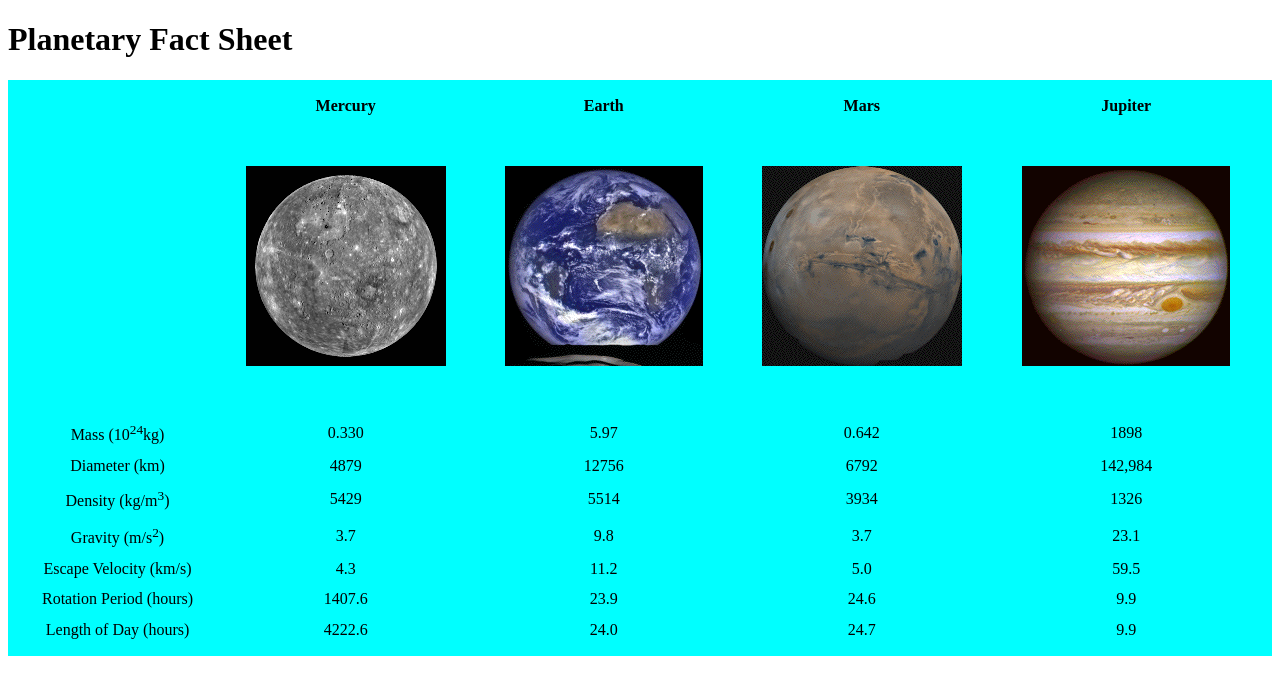
Repository: rishondass/ITMD361-Lab5
Page: index.html
These files come from the project's save history. The page is drawn as it stood at one moment and after the next save; the edit follows.
The browser window is 1280 px wide. The pictures show the whole page.

Above is the page before, as saved 2023-02-22 19:00:39.

After the next save:
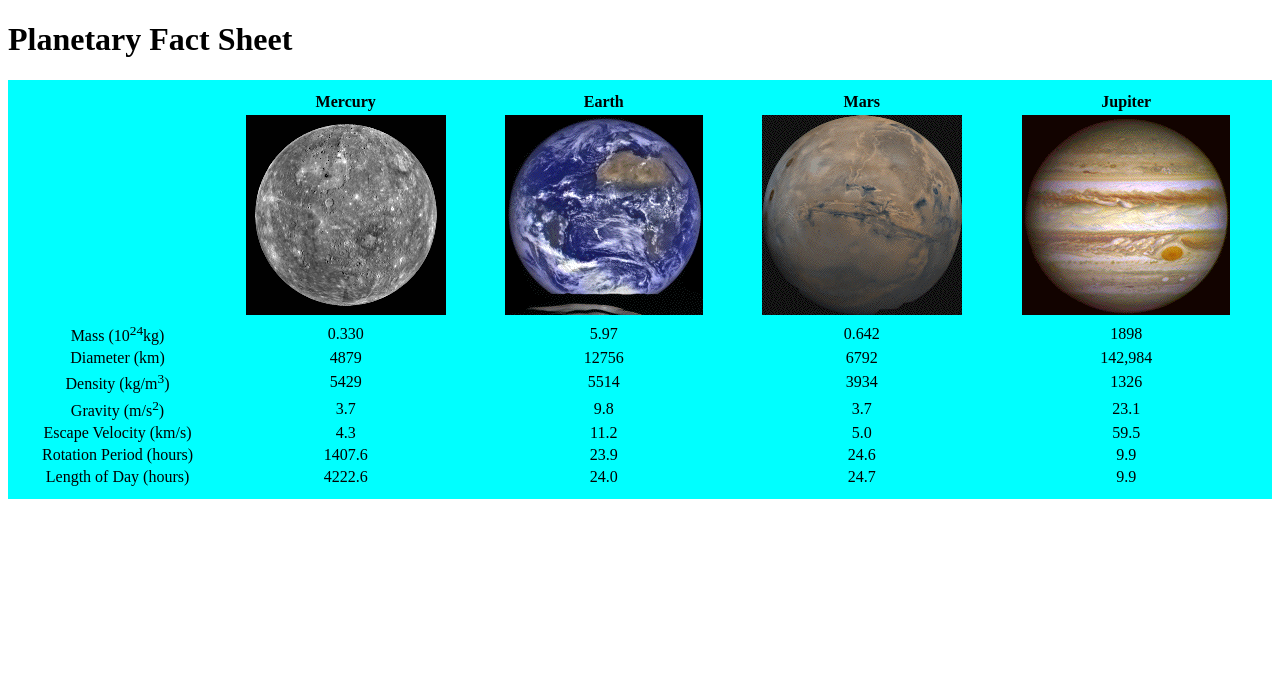
Saved 27 s later.
--- a/css/style.css
+++ b/css/style.css
@@ -4,5 +4,5 @@
   background-color: aqua;
   width: 100%;
   text-align: center;
-  height: 80vh;
+  height: 80%;
 }

After the 3 saves that followed:
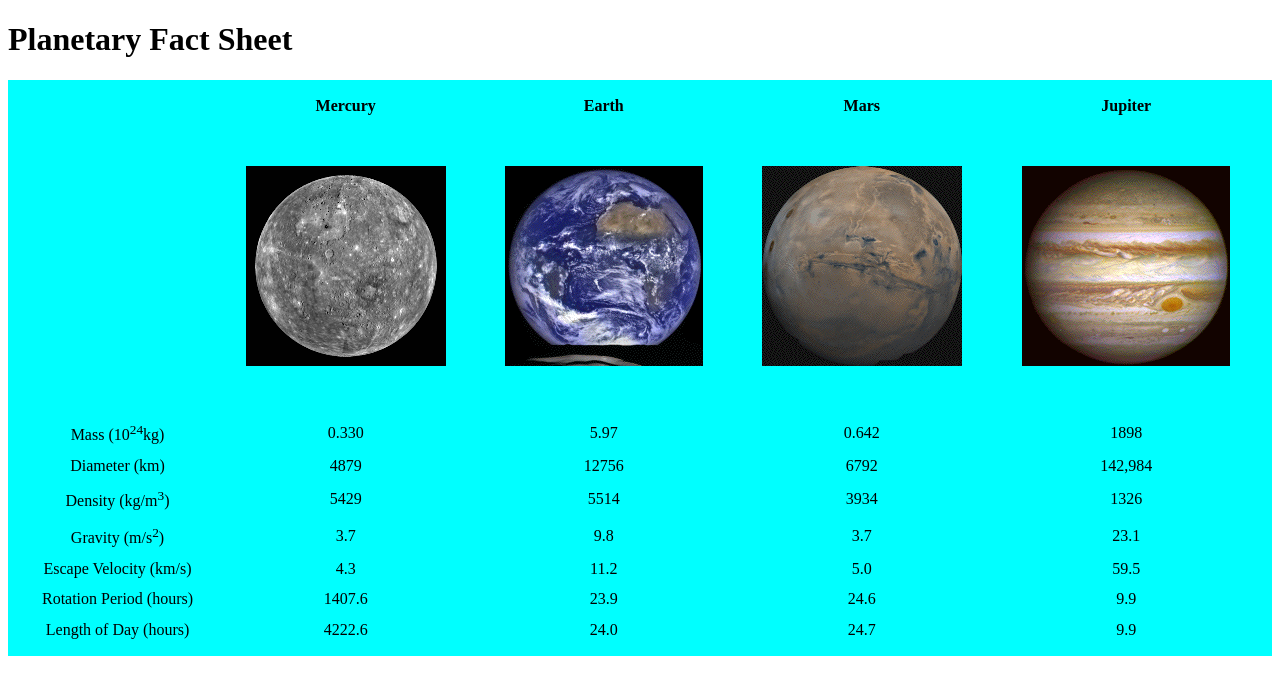
The 3 saves are shown as one change because 2 left the picture as it was.
The last was saved 15 s later.
--- a/css/style.css
+++ b/css/style.css
@@ -4,5 +4,5 @@
   background-color: aqua;
   width: 100%;
   text-align: center;
-  height: 80%;
+  height: 80vh;
 }
